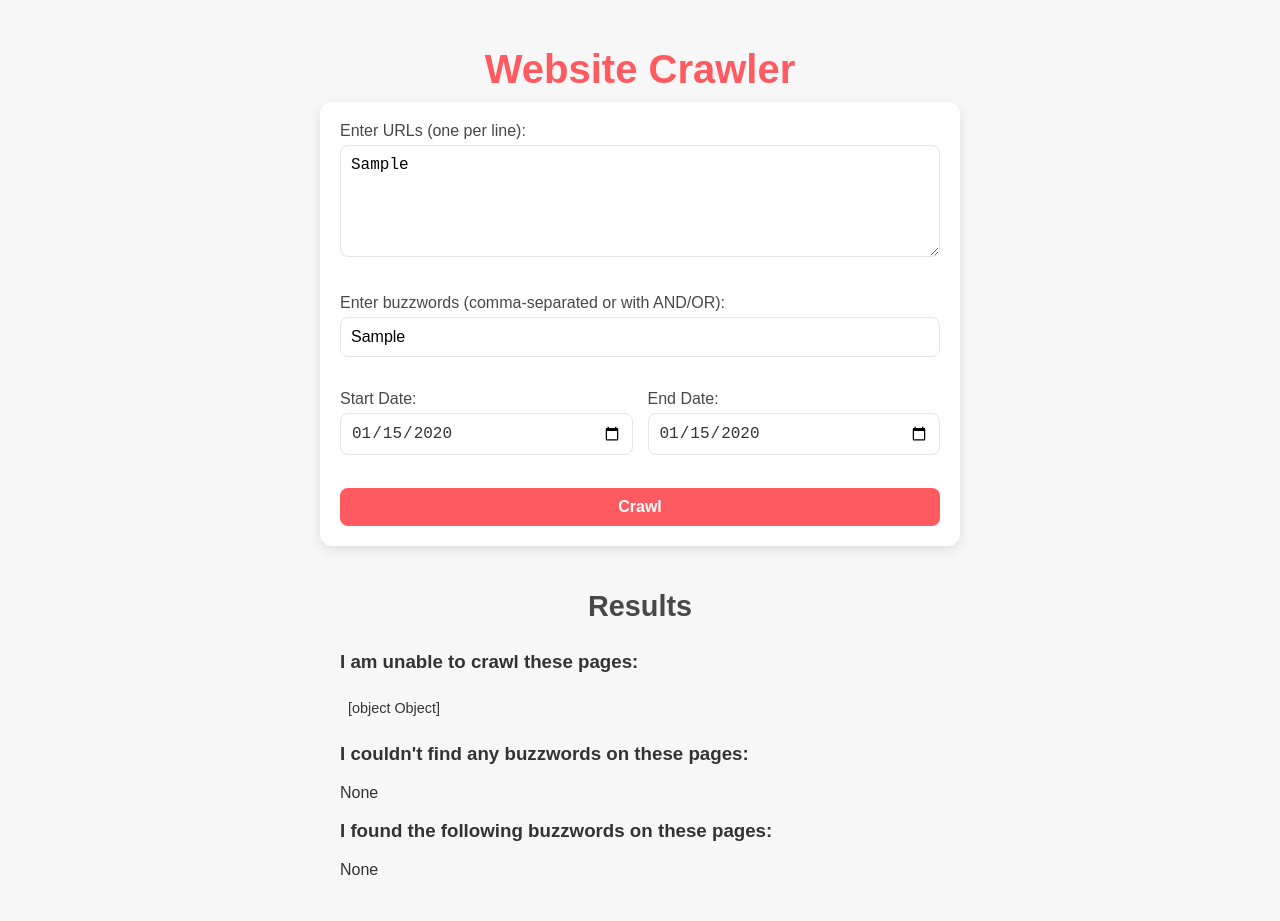
Repository: LubegaH/tenderwebscraper
Page: http://localhost/
The author's editor kept a copy of each file at every save. The page is drawn from the files as they stood at one save, then again after the next save.
The browser window is 1280 px wide. The pictures show the whole page.
Empty fields were first filled with sample values (such as "Sample", 5 or name@example.com).
After loading, the first visible `#crawler-form` was submitted once.
The page is served by the project's application, run on Flask 3 (app.py). Other server files are loaded and not shown.

Above is the page before, as saved 2025-02-19 14:37:40.

### templates/index.html
<!DOCTYPE html>
<html lang="en">
  <head>
    <meta charset="UTF-8" />
    <meta name="viewport" content="width=device-width, initial-scale=1.0" />
    <title>Website Crawler</title>
    <link
      rel="stylesheet"
      href="{{ url_for('static', filename='styles.css') }}"
    />
  </head>
  <body>
    <h1>Website Crawler</h1>
    <form id="crawler-form">
      <label for="urls">Enter URLs (one per line):</label><br />
      <textarea id="urls" name="urls" rows="5" cols="50"></textarea><br /><br />

      <label for="buzzwords"
        >Enter buzzwords (comma-separated or with AND/OR):</label
      ><br />
      <input
        type="text"
        id="buzzwords"
        name="buzzwords"
        size="50"
      /><br /><br />

      <div class="date-range">
        <div>
          <label for="start-date">Start Date:</label>
          <input
            type="date"
            id="start-date"
            name="start-date"
            class="date-field"
          />
        </div>
        <div>
          <label for="end-date">End Date:</label>
          <input type="date" id="end-date" name="end-date" class="date-field" />
        </div>
      </div>
      <br />

      <input type="submit" value="Crawl" />
    </form>

    <h2>Results</h2>
    <div id="results"></div>

    <script>
      document
        .getElementById('crawler-form')
        .addEventListener('submit', async function (e) {
          e.preventDefault();

          const urls = document
            .getElementById('urls')
            .value.split('\n')
            .map((url) => url.trim())
            .filter((url) => url.length > 0);

          const buzzwords = document.getElementById('buzzwords').value;
          const startDate = document.getElementById('start-date').value;
          const endDate = document.getElementById('end-date').value;

          const resultDiv = document.getElementById('results');
          resultDiv.innerHTML = '<p>Crawling... Please wait.</p>';

          try {
            const response = await fetch('/crawl', {
              method: 'POST',
              headers: {
                'Content-Type': 'application/json',
              },
              body: JSON.stringify({ urls, buzzwords, startDate, endDate }),
            });

            if (!response.ok) {
              throw new Error(`HTTP error! status: ${response.status}`);
            }

            const data = await response.json();
            displayResults(data);
          } catch (error) {
            resultDiv.innerHTML = `<p>Error: ${error.message}</p>`;
          }
        });

      function displayResults(data) {
        const resultDiv = document.getElementById('results');
        resultDiv.innerHTML = '';

        // Group results into three categories
        const unableToCrawl = [];
        const foundBuzzwords = [];
        const noBuzzwordsFound = [];

        // Each 'item' in data has the structure: {url, found: [...], error: ...}
        data.forEach((item) => {
          if (item.error) {
            // unable to crawl
            unableToCrawl.push(item);
          }
          // No error, so the request succeeded
          else if (Array.isArray(item.found) && item.found.length > 0) {
            foundBuzzwords.push({ url: item.url, buzzwords: item.found });
          } else {
            // Crawled successfully but no buzzwords found
            noBuzzwordsFound.push(item.url);
          }
        });

        // Build HTML for each section
        // 1) Unable to crawl
        let html = '<div class="result-section">';
        html += '<h3>I am unable to crawl these pages:</h3>';
        if (unableToCrawl.length > 0) {
          html += '<ul>';
          unableToCrawl.forEach((url) => {
            html += `<li>${url}</li>`;
          });
          html += '</ul>';
        } else {
          html += '<p>None</p>';
        }
        html += '</div>';
        // 2) No buzzwords found
        html += '<div class="result-section">';
        html += "<h3> I couldn't find any buzzwords on these pages:</h3>";
        if (noBuzzwordsFound.length > 0) {
          html += '<ul>';
          noBuzzwordsFound.forEach((url) => {
            html += `<li>${url}</li>`;
          });
          html += '</ul>';
        } else {
          html += '<p>None</p>';
        }
        html += '</div>';

        // 3) Buzzwords found
        html += '<div class="result-section">';
        html += '<h3> I found the following buzzwords on these pages:</h3>';
        if (foundBuzzwords.length > 0) {
          html += '<ul>';
          foundBuzzwords.forEach((entry) => {
            const joinedBuzzwords = entry.buzzwords.join(', ');
            html += `<li><strong>${entry.url}</strong>: ${joinedBuzzwords}</li>`;
          });
          html += '</ul>';
        } else {
          html += '<p>None</p>';
        }
        html += '</div>';

        // Insert all sections into the result div
        resultDiv.innerHTML = html;

        // data.forEach((result) => {
        //   const resultElement = document.createElement('div');
        //   resultElement.className = 'result-item';

        //   if (result.error) {
        //     resultElement.innerHTML = `<p class="error">Error crawling ${result.url}: ${result.error}</p>`;
        //   } else {
        //     resultElement.innerHTML = `<h3>${
        //       result.url
        //     }</h3><p>${result.found.join(', ')}</p>`;
        //   }

        //   resultDiv.appendChild(resultElement);
        // });
      }
    </script>
  </body>
</html>

### app.py

# app.py - Backend using Flask
import os
from flask import Flask, render_template, request, jsonify
import requests
from bs4 import BeautifulSoup
import re

app = Flask(__name__)

# Function to scrape the URL and look for buzzwords
def scrape_url(url, buzzwords):
    try:
        response = requests.get(url, timeout=10)  # Added timeout to avoid long waits on unresponsive servers
        if response.status_code == 200:
            soup = BeautifulSoup(response.text, 'html.parser')
            text = soup.get_text(separator=' ')
            found_words = [word for word in buzzwords if re.search(r'\b' + re.escape(word) + r'\b', text, re.IGNORECASE)]
            if found_words:
                return {'url': url, 'found': found_words}
            else:
                return {'url': url, 'found': []}  # No buzzwords found
        else:
            return {'url': url, 'error': 'Unable to fetch the page.'}
    except requests.RequestException as e:
        return {'url': url, 'error': f"Error: {str(e)}"}

@app.route('/')
def index():
    return render_template('index.html')

@app.route('/crawl', methods=['POST'])
def crawl():
    data = request.get_json()
    urls = data.get('urls', [])
    buzzwords = data.get('buzzwords', [])

    # Ensure buzzwords are in a list format
    if isinstance(buzzwords, str):
        buzzwords = [word.strip() for word in buzzwords.split(',')]

    results = []
    for url in urls:
        result = scrape_url(url, buzzwords)
        results.append(result)
    return jsonify(results)

if __name__ == '__main__':
    port = int(os.environ.get('PORT', 5000))
    app.run(debug=False, host='0.0.0.0', port=port)
    # app.run(debug=True, port=port)

### static/styles.css
/* General Styles */
body {
  font-family: Arial, sans-serif;
  background-color: #f7f7f7;
  color: #333;
  margin: 0;
  padding: 20px;
  display: flex;
  justify-content: center;
  align-items: center;
  flex-direction: column;
  min-height: 100vh;
}

h1 {
  color: #ff5a5f; /* Airbnb's primary brand color */
  font-size: 2.5rem;
  margin-bottom: 10px;
}

/* Form Styles */
form {
  background: #ffffff;
  padding: 20px;
  border-radius: 12px;
  box-shadow: 0 4px 12px rgba(0, 0, 0, 0.1);
  width: 100%;
  max-width: 600px;
  margin-bottom: 20px;
}

label {
  font-size: 1rem;
  color: #484848;
  font-weight: 500;
}

textarea,
input[type='text'] {
  width: 100%;
  padding: 10px;
  margin-top: 5px;
  margin-bottom: 15px;
  border: 1px solid #e6e6e6;
  border-radius: 8px;
  font-size: 1rem;
  box-sizing: border-box;
}

input[type='submit'] {
  background-color: #ff5a5f;
  color: #fff;
  border: none;
  padding: 10px 20px;
  font-size: 1rem;
  font-weight: bold;
  border-radius: 8px;
  cursor: pointer;
  transition: background-color 0.3s ease;
  width: 100%;
  box-sizing: border-box;
}

input[type='submit']:hover {
  background-color: #ff787d;
}

/* Results Section Styles */
h2 {
  color: #484848;
  font-size: 1.8rem;
  margin-bottom: 10px;
}

#results {
  width: 100%;
  max-width: 600px;
}

.result-item {
  background-color: #ffffff;
  margin-top: 10px;
  padding: 15px;
  border-radius: 10px;
  box-shadow: 0 2px 8px rgba(0, 0, 0, 0.1);
}

.result-item h3 {
  color: #ff5a5f;
  margin: 0 0 10px;
}

ul {
  list-style-type: none;
  padding-left: 0;
}

ul li {
  background-color: #f7f7f7;
  padding: 8px;
  border-radius: 5px;
  margin-bottom: 5px;
  font-size: 0.9rem;
  color: #333;
}

.error {
  color: #d9534f;
}
/* Styling for date fields */
.date-field {
  width: 100%;
  padding: 10px;
  margin-top: 5px;
  margin-bottom: 15px;
  border: 1px solid #e6e6e6;
  border-radius: 8px;
  font-size: 1rem;
  box-sizing: border-box;
  background-color: #ffffff;
  color: #333;
  transition: border-color 0.3s ease;
}

/* Consistent styling on focus */
.date-field:focus {
  outline: none;
  border-color: #ff5a5f;
  box-shadow: 0 0 0 2px rgba(255, 90, 95, 0.3);
}
/* Date range wrapper styling */
.date-range {
  display: flex;
  gap: 15px; /* Space between start and end date fields */
}

.date-range > div {
  flex: 1; /* Ensures both fields are evenly spaced and take up equal width */
}

After the next save:
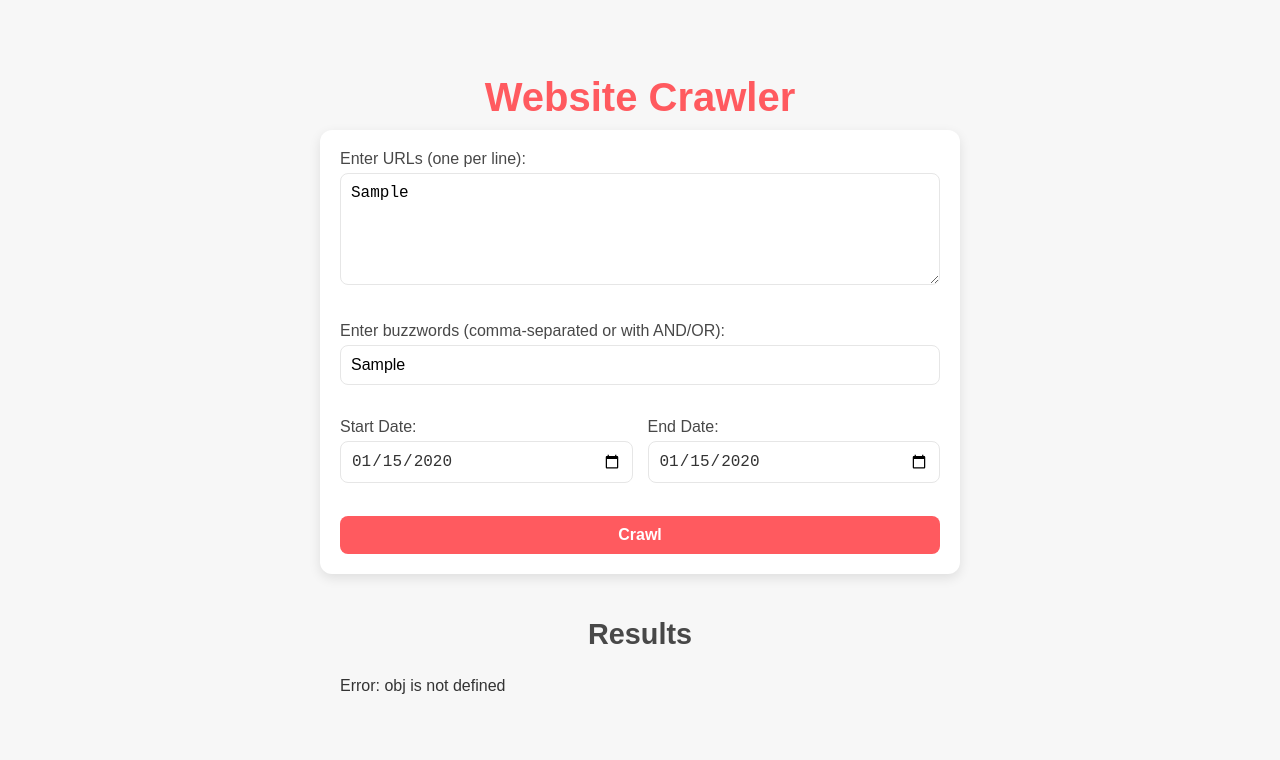
Saved 58 min 35 s later.
--- a/templates/index.html
+++ b/templates/index.html
@@ -118,7 +118,7 @@
         if (unableToCrawl.length > 0) {
           html += '<ul>';
           unableToCrawl.forEach((url) => {
-            html += `<li>${url}</li>`;
+            html += `<li><strong>${obj.url}</strong> — ${obj.error}</li>`;
           });
           html += '</ul>';
         } else {
